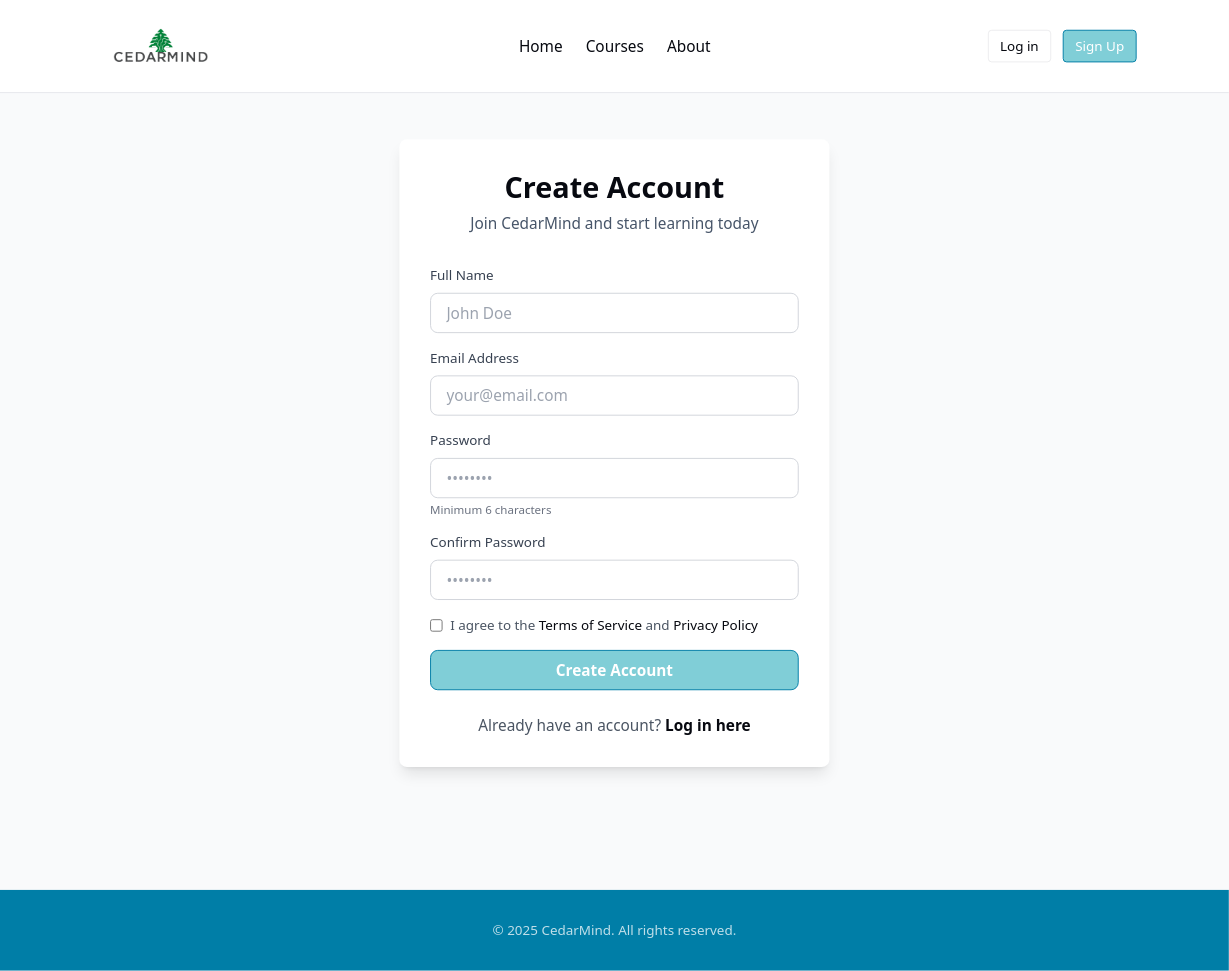
Repository: 1222aa/cedarmind
Page: http://localhost/signup.html
These files come from the project's save history. The page is drawn as it stood at one moment and after the next save; the edit follows.
The browser window is 1280 px wide. The pictures show the whole page, at 96% of full size.
Some web libraries are served in a nearby version. The page is served by the project's Laravel application, run on PHP 8.4 with Laravel 12.

Above is the page before, as saved 2025-12-02 18:50:27.

### public/signup.html
<!DOCTYPE html>
<html lang="en">

<head>
  <meta charset="UTF-8" />
  <meta name="viewport" content="width=device-width, initial-scale=1.0" />

  <!-- Unified Font -->
  <link href="https://fonts.googleapis.com/css2?family=Inter:wght@300;400;500;600;700&display=swap" rel="stylesheet">

  <!-- Global Styles -->
  <link rel="stylesheet" href="./css/style.css">

  <!-- Optional: Icons -->
  <link rel="stylesheet" href="https://cdnjs.cloudflare.com/ajax/libs/font-awesome/6.5.0/css/all.min.css">
  <script src="https://cdn.tailwindcss.com"></script>
  <title>Sign Up - CedarMind</title>
</head>

<body class="bg-gray-50 text-gray-900 font-sans">

  <!-- Responsive Header / Navbar (Tailwind) -->
  <header class="bg-white border-b sticky top-0 z-50 bg-opacity-95 backdrop-blur-sm">
    <div class="max-w-6xl mx-auto px-4 sm:px-6 lg:px-8">
      <div class="flex items-center justify-between h-20 md:h-24">
        <div class="flex items-center">
          <a href="/" class="flex items-center">
            <img src="./image/logo.png" alt="CedarMind logo" class="h-16 md:h-20 lg:h-24 w-auto mr-3">
            <span class="sr-only">CedarMind</span>
          </a>
        </div>

        <!-- Desktop nav -->
        <nav class="hidden md:flex md:items-center md:space-x-6" aria-label="Primary">
          <a href="/" class="brand-link">Home</a>
          <a href="/#courses" class="brand-link">Courses</a>
          <a href="/#about" class="brand-link">About</a>
        </nav>

        <div class="hidden md:flex md:items-center md:space-x-3">
          <a href="login.html" class="brand-outline px-3 py-1.5 rounded text-sm">Log in</a>
          <a href="#" class="brand-cta px-3 py-1.5 rounded text-sm">Sign Up</a>
        </div>

        <!-- Mobile menu button -->
        <div class="md:hidden">
          <button id="nav-toggle" aria-controls="mobile-menu" aria-expanded="false" class="inline-flex items-center justify-center p-2 rounded-md text-gray-700 hover:bg-gray-100 focus:outline-none">
            <svg class="h-6 w-6" xmlns="http://www.w3.org/2000/svg" fill="none" viewBox="0 0 24 24" stroke="currentColor">
              <path stroke-linecap="round" stroke-linejoin="round" stroke-width="2" d="M4 6h16M4 12h16M4 18h16" />
            </svg>
          </button>
        </div>
      </div>
    </div>

    <!-- Mobile menu -->
    <div id="mobile-menu" class="md:hidden hidden">
      <div class="px-2 pt-2 pb-3 space-y-1 sm:px-3">
        <a href="/" class="brand-link-mobile block px-3 py-2 rounded-md text-base font-medium">Home</a>
        <a href="/#courses" class="brand-link-mobile block px-3 py-2 rounded-md text-base font-medium">Courses</a>
        <a href="/#about" class="brand-link-mobile block px-3 py-2 rounded-md text-base font-medium">About</a>
      </div>
      <div class="px-4 pb-4 flex items-center space-x-2">
        <a href="login.html" class="flex-1 text-center px-3 py-2 border rounded text-sm brand-link-mobile">Log in</a>
        <a href="#" class="flex-1 text-center px-3 py-2 brand-cta rounded text-sm">Sign Up</a>
      </div>
    </div>
  </header>

  <main class="min-h-screen flex items-center justify-center py-12 px-4">
    <div class="w-full max-w-md bg-white rounded-lg shadow-lg p-8">
      <div class="text-center mb-8">
        <h1 class="text-3xl font-bold brand-heading">Create Account</h1>
        <p class="text-slate-600 mt-2">Join CedarMind and start learning today</p>
      </div>

      <form id="signupForm" class="space-y-4">
        <!-- Full Name Input -->
        <div>
          <label for="name" class="block text-sm font-medium text-gray-700 mb-2">Full Name</label>
          <input type="text" id="name" name="name" required class="w-full px-4 py-2 border border-gray-300 rounded-lg focus:outline-none focus:ring-2 focus:ring-[var(--cedar)] focus:border-transparent" placeholder="John Doe">
        </div>

        <!-- Email Input -->
        <div>
          <label for="email" class="block text-sm font-medium text-gray-700 mb-2">Email Address</label>
          <input type="email" id="email" name="email" required class="w-full px-4 py-2 border border-gray-300 rounded-lg focus:outline-none focus:ring-2 focus:ring-[var(--cedar)] focus:border-transparent" placeholder="your@email.com">
        </div>

        <!-- Password Input -->
        <div>
          <label for="password" class="block text-sm font-medium text-gray-700 mb-2">Password</label>
          <input type="password" id="password" name="password" required class="w-full px-4 py-2 border border-gray-300 rounded-lg focus:outline-none focus:ring-2 focus:ring-[var(--cedar)] focus:border-transparent" placeholder="••••••••">
          <p class="text-xs text-gray-500 mt-1">Minimum 6 characters</p>
        </div>

        <!-- Confirm Password -->
        <div>
          <label for="confirmPassword" class="block text-sm font-medium text-gray-700 mb-2">Confirm Password</label>
          <input type="password" id="confirmPassword" name="confirmPassword" required class="w-full px-4 py-2 border border-gray-300 rounded-lg focus:outline-none focus:ring-2 focus:ring-[var(--cedar)] focus:border-transparent" placeholder="••••••••">
        </div>

        <!-- Terms Checkbox -->
        <label class="flex items-center text-sm">
          <input type="checkbox" id="terms" required class="rounded border-gray-300">
          <span class="ml-2 text-gray-600">I agree to the <a href="#" class="brand-link">Terms of Service</a> and <a href="#" class="brand-link">Privacy Policy</a></span>
        </label>

        <!-- Submit Button -->
        <button type="submit" class="w-full brand-cta px-4 py-2 rounded-lg font-semibold transition">Create Account</button>

        <!-- Error Message -->
        <div id="errorMessage" class="hidden bg-red-50 text-red-700 p-3 rounded-lg text-sm"></div>

        <!-- Success Message -->
        <div id="successMessage" class="hidden bg-green-50 text-green-700 p-3 rounded-lg text-sm"></div>
      </form>

      <!-- Log In Link -->
      <p class="text-center text-gray-600 mt-6">
        Already have an account? <a href="login.html" class="brand-link font-semibold">Log in here</a>
      </p>
    </div>
  </main>

  <!-- Footer -->
  <footer class="bg-[var(--cedar-dark)] text-white py-8 px-6 mt-20">
    <div class="max-w-6xl mx-auto text-center text-sm opacity-75">
      <p>&copy; 2025 CedarMind. All rights reserved.</p>
    </div>
  </footer>

  <script src="js/main.js"></script>
  <script>
    document.getElementById('signupForm').addEventListener('submit', function(e) {
      e.preventDefault();

      const name = document.getElementById('name').value;
      const email = document.getElementById('email').value;
      const password = document.getElementById('password').value;
      const confirmPassword = document.getElementById('confirmPassword').value;
      const errorDiv = document.getElementById('errorMessage');
      const successDiv = document.getElementById('successMessage');

      errorDiv.classList.add('hidden');
      successDiv.classList.add('hidden');

      // Validation
      if (password.length < 6) {
        errorDiv.textContent = 'Password must be at least 6 characters long.';
        errorDiv.classList.remove('hidden');
        return;
      }

      if (password !== confirmPassword) {
        errorDiv.textContent = 'Passwords do not match.';
        errorDiv.classList.remove('hidden');
        return;
      }

      // Get existing users
      const users = JSON.parse(localStorage.getItem('cedarmind_users') || '[]');

      // Check if email already exists
      if (users.find(u => u.email === email)) {
        errorDiv.textContent = 'An account with this email already exists.';
        errorDiv.classList.remove('hidden');
        return;
      }

      // Create new user
      const newUser = {
        id: Date.now(),
        name: name,
        email: email,
        password: password,
        createdAt: new Date().toISOString()
      };

      users.push(newUser);
      localStorage.setItem('cedarmind_users', JSON.stringify(users));

      // Log in the new user
      localStorage.setItem('cedarmind_current_user', JSON.stringify({
        id: newUser.id,
        email: newUser.email,
        name: newUser.name
      }));

      successDiv.textContent = 'Account created successfully! Redirecting to courses...';
      successDiv.classList.remove('hidden');

      setTimeout(() => {
        window.location.href = 'courses.html';
      }, 1500);
    });
  </script>
</body>

</html>

### public/css/style.css


/* Header styling moved to Tailwind utilities in index.html. */

/* Keep any existing custom focus styles if desired */
.nav-links a:focus, .btn:focus { outline: 3px solid rgba(14,165,164,0.18); outline-offset: 2px; }

/* Cedar color palette variables (requested) */
:root {
	--cedar:#80CED7;
	--cedar-light:#9AD1D4;
	--cedar-dark:#007EA7;
	--text-main: #070910;
	--background-main: #f9fafb;
    --white: #ffffff;
}

/* Apply palette to core elements */
body { background-color: var(--background-main); color: var(--white); }


/* Logo color follows cedar */
.logo-link { color: var(--cedar); }
@media (prefers-color-scheme: dark) {
    .logo-link { color: #ffffff; }
}

/* Brand utility classes (use these in HTML to apply the cedar palette) */
.brand-link { color: var(--text-main); transition: color .15s ease; }
.brand-link:hover, .brand-link:focus { color: var(--cedar-light); }

.brand-cta { background: var(--cedar); color: #ffffff; border: 1px solid var(--cedar-dark); }
.brand-cta:hover, .brand-cta:focus { background: var(--cedar-dark); }

.brand-outline { color: var(--text-main); background: transparent; border: 1px solid rgba(15,23,42,0.08); }
.brand-outline:hover, .brand-outline:focus { background: rgba(47,168,106,0.06); }

.brand-heading { color: var(--text-main); }

.brand-link-mobile { color: var(--text-main); }
.brand-link-mobile:hover { background: rgba(47,168,106,0.06); }

/* Make form elements and other interactive bits follow brand when reasonable */
button, input[type="submit"], .btn { font-family: inherit; }

/* Hero-specific styles */
.hero { position: relative; }
.hero-bg svg { display: block; width: 100%; height: 100%; object-fit: cover; }
.brand-heading { color: var(--text-main); }

/* Ensure text placed over colored backgrounds (like the hero) is readable */
.hero, .hero h1, .hero h2, .hero p, .hero a, .hero .brand-heading { color: var(--white); }
.hero p { color: rgba(255,255,255,0.92); }

/* Buttons/links when shown on the colored hero background */
.hero .brand-outline { color: var(--white); border-color: rgba(255,255,255,0.22); }
.hero .brand-outline:hover, .hero .brand-outline:focus { background: rgba(255,255,255,0.06); }
.hero .brand-cta { background: var(--white); color: var(--cedar-dark); border-color: rgba(255,255,255,0.08); }
.hero .brand-cta:hover, .hero .brand-cta:focus { background: #ffffff; filter: brightness(.98); }

### public/js/main.js
 // Toggle mobile menu (uses Tailwind `hidden` class)
    (function() {
      const btn = document.getElementById('nav-toggle');
      const menu = document.getElementById('mobile-menu');

      if (!btn || !menu) return;

      btn.addEventListener('click', function(e) {
        const expanded = this.getAttribute('aria-expanded') === 'true';
        this.setAttribute('aria-expanded', (!expanded).toString());
        menu.classList.toggle('hidden');
      });

      // Close when clicking outside
      document.addEventListener('click', (e) => {
        if (!menu.contains(e.target) && !btn.contains(e.target)) {
          if (!menu.classList.contains('hidden')) {
            menu.classList.add('hidden');
            btn.setAttribute('aria-expanded', 'false');
          }
        }
      });
    })();

After the next save:
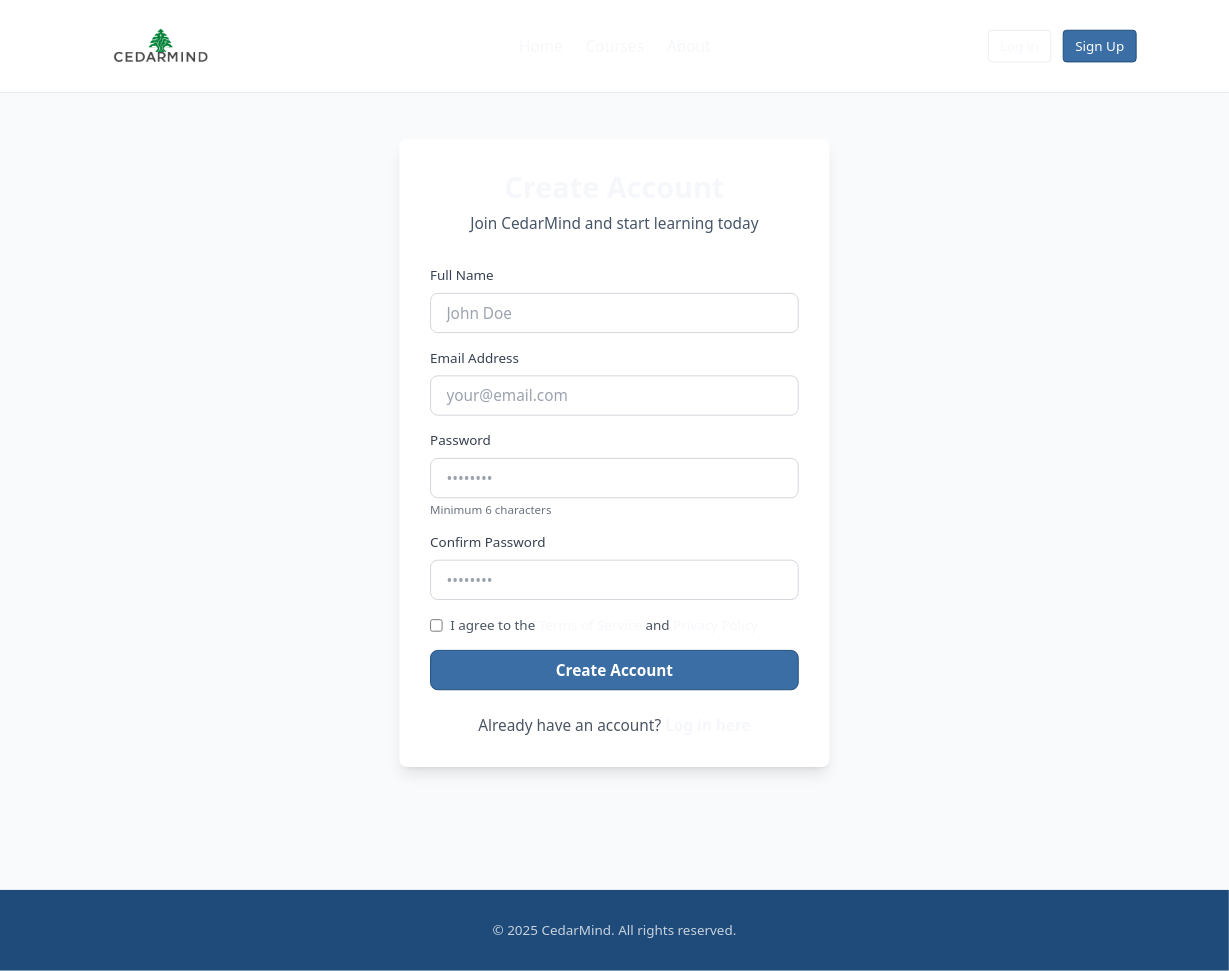
Saved 2 min 8 s later.
--- a/public/css/style.css
+++ b/public/css/style.css
@@ -7,10 +7,10 @@
 
 /* Cedar color palette variables (requested) */
 :root {
-	--cedar:#80CED7;
-	--cedar-light:#9AD1D4;
-	--cedar-dark:#007EA7;
-	--text-main: #070910;
+	--cedar: #3A6EA5;
+	--cedar-light: #6FA8DC;
+	--cedar-dark: #1F4B7A;
+	--text-main: #F5F7FA;
 	--background-main: #f9fafb;
     --white: #ffffff;
 }
